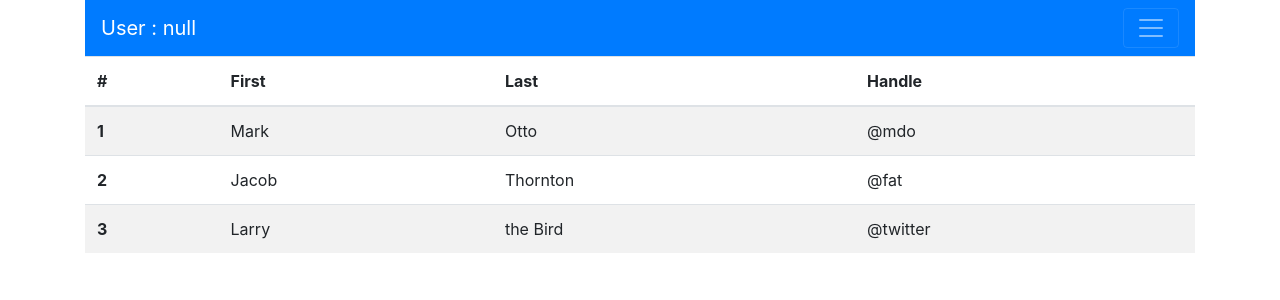
Repository: SachinUthpala/Railway-Reservation
Page: http://localhost/Railway/Reserve/myReservation.jsp
An editor plug-in stored every save of this project. The page is shown before and after the next save, followed by the edit.
The browser window is 1280 px wide. The pictures show the whole page.
Some web libraries are served in a nearby version. The page is served by Tomcat 9.

Above is the page before, as saved 2023-05-21 06:30:51.

After the next save:
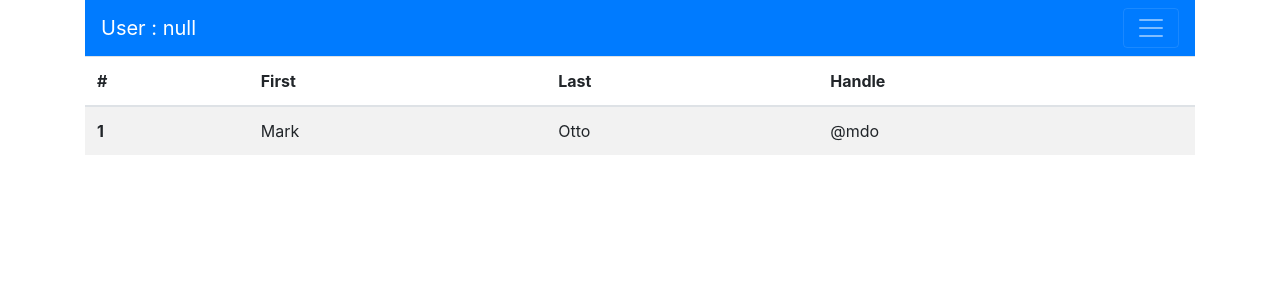
Saved 7 s later.
--- a/Railway/src/main/webapp/Reserve/myReservation.jsp
+++ b/Railway/src/main/webapp/Reserve/myReservation.jsp
@@ -62,18 +62,6 @@
       <td>Otto</td>
       <td>@mdo</td>
     </tr>
-    <tr>
-      <th scope="row">2</th>
-      <td>Jacob</td>
-      <td>Thornton</td>
-      <td>@fat</td>
-    </tr>
-    <tr>
-      <th scope="row">3</th>
-      <td>Larry</td>
-      <td>the Bird</td>
-      <td>@twitter</td>
-    </tr>
   </tbody>
 </table>
 
